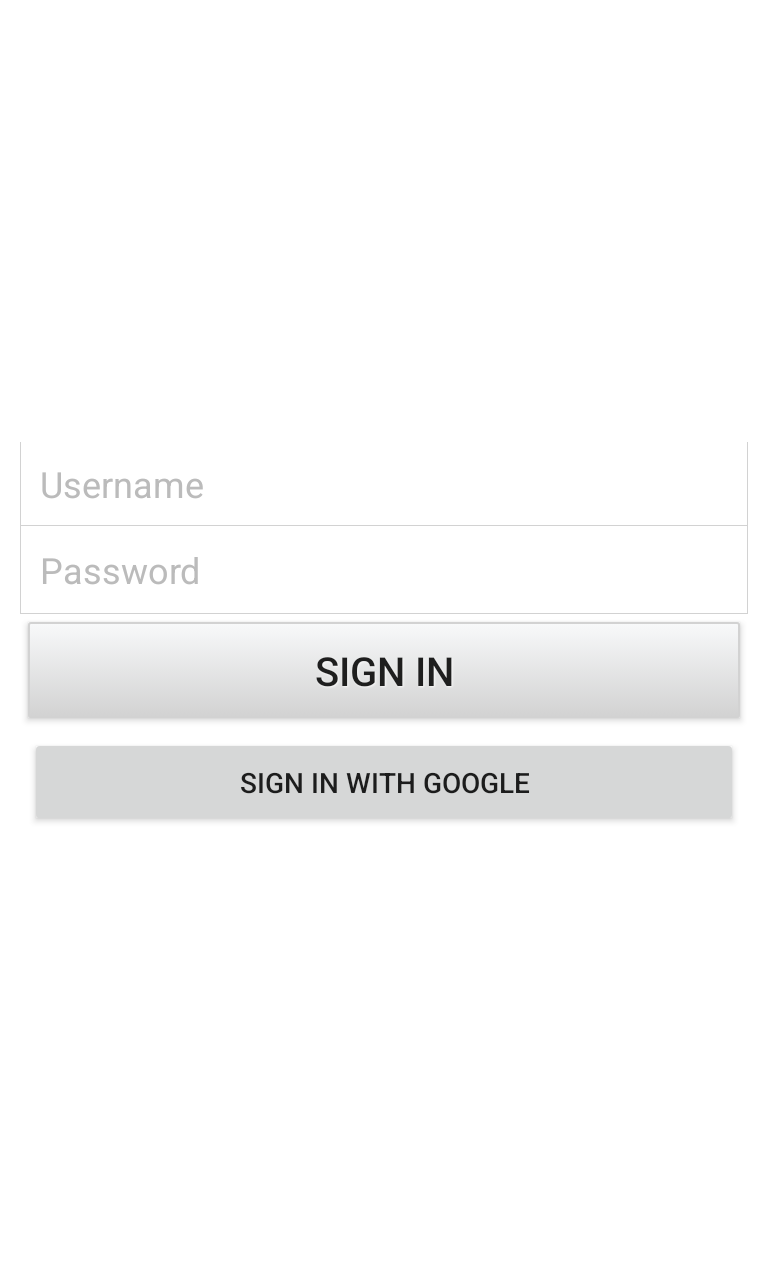
Repository: Jaaga/mooc-tracker
Layout: android/MOOCTracker/res/layout/login_screen.xml
The author's editor kept a copy of each file at every save. The layout is drawn from the files as they stood at one save, then again after the next save.
It is drawn on a 768 x 1280 px phone screen (xhdpi) without system bars, with theme AppTheme; the app's code is not run.

Above is the layout before, as saved 2014-05-22 18:10:43.

### android/MOOCTracker/res/layout/login_screen.xml
<?xml version="1.0" encoding="utf-8"?>
<RelativeLayout xmlns:android="http://schemas.android.com/apk/res/android"
    android:layout_width="match_parent"
    android:layout_height="match_parent"
    android:orientation="vertical"

    android:background="#ffffff"
    >

   <LinearLayout

       android:orientation="vertical"
       android:layout_width="match_parent"
       android:layout_height="wrap_content"
       android:layout_centerInParent="true"
       android:padding="10dp"
       >

          <EditText
             android:id="@+id/etUserName"
             android:layout_width="match_parent"
             android:layout_height="wrap_content"
             android:background="@drawable/edittext_default_bg"
             android:layout_marginTop="-2dp"
             android:padding="10dp"
             android:hint="@string/usernameHint"
             android:textColorHint="#bbbbbb"
            >
            </EditText>
            <!--  android:drawableLeft="@drawable/user"/ -->

          <EditText
             android:id="@+id/etPass"
             android:layout_width="match_parent"
             android:layout_height="wrap_content"
             android:background="@drawable/edittext_bottom_bg"
             android:layout_marginTop="-2dp"
             android:padding="10dp"
             android:hint="@string/passwordHint"
             android:textColorHint="#bbbbbb"
             android:inputType="textPostalAddress"
             >
            </EditText>

          <!--     android:drawableLeft="@drawable/password"/ -->


           <Button
             android:id="@+id/btnSignIn"
             android:layout_width="match_parent"
             android:layout_height="wrap_content"
             android:padding="10dp"
             android:layout_margin="4dp"
             android:text="@string/signInHint"
             style="@style/DefaultButtonText"
             android:background="@drawable/button_default_bg" />

           <Button
             android:id="@+id/btnGplus"
             android:layout_width="match_parent"
             android:layout_height="wrap_content"
             android:padding="10dp"
             android:layout_margin="4dp"
             android:text="@string/googleplus"
           />


   </LinearLayout>



</RelativeLayout>

### android/MOOCTracker/res/drawable-hdpi/edittext_default_bg.xml
<?xml version="1.0" encoding="utf-8"?>
<shape xmlns:android="http://schemas.android.com/apk/res/android"

    android:shape="rectangle" android:padding="10dp">
     <solid android:color="#FFFFFF"/>
     <stroke
        android:width="0.5dp"
        android:color="#d2d2d2" />
</shape>

### android/MOOCTracker/res/values/strings.xml
<?xml version="1.0" encoding="utf-8"?>
<resources>

    <string name="hello">Hello World, AndroidJSONParsingActivity!</string>
    <string name="app_name">Jaaga MOOC-Tracker</string>
    <string name="btRefresh">Refresh</string>
    <string name="loginButton">Login</string>
    <string name="signupButton">Sign Up</string>
    <string name="emailHint">Email</string>
    <string name="usernameHint">Username</string>
    <string name="passwordHint">Password</string>
    <string name="signUpHint">Sign Up</string>
    <string name="signInHint">Sign In</string>
    <string name="action_settings"></string>
    <string name="googleplus">Sign In with Google</string>

    <style name="DefaultButtonText">
       <item name="android:layout_width">fill_parent</item>
        <item name="android:layout_height">wrap_content</item>
        <item name="android:textColor">#1e1e1e</item>
        <item name="android:gravity">center</item>
        <item name="android:layout_margin">3dp</item>
        <item name="android:textStyle">normal</item>
        <item name="android:textSize">20sp</item>
        <item name="android:shadowColor">#f9f9f9</item>
        <item name="android:shadowDx">1</item>
        <item name="android:shadowDy">1</item>
        <item name="android:shadowRadius">1</item>
    </style>

</resources>

### android/MOOCTracker/res/drawable-hdpi/edittext_bottom_bg.xml
<?xml version="1.0" encoding="utf-8"?>
<shape xmlns:android="http://schemas.android.com/apk/res/android"

    android:shape="rectangle" android:padding="10dp">
     <solid android:color="#FFFFFF"/>
     <stroke
        android:width="0.5dp"
        android:color="#d2d2d2" />
</shape>

### android/MOOCTracker/res/drawable-hdpi/button_default_bg.xml
<?xml version="1.0" encoding="utf-8"?>
<selector xmlns:android="http://schemas.android.com/apk/res/android" >

      <item  android:state_pressed="true" >
        <shape>
            <solid
                android:color="#f8f9fa" />
            <stroke
                android:width="1dp"
                android:color="#d2d2d2" />
            <corners
                android:radius="1dp" />

        </shape>
    </item>
    <item>
        <shape>
            <gradient
                android:startColor="#f8f9fa"
                android:endColor="#d2d2d2"
                android:angle="270" />
            <stroke
                android:width="1dp"
                android:color="#d2d2d2" />
            <corners
                android:radius="1dp" />

        </shape>
    </item>

</selector>

Loaded but not shown: android/MOOCTracker/res/values/styles.xml (common file); android/MOOCTracker/res/values-v11/styles.xml (common file); android/MOOCTracker/res/values-v14/styles.xml (common file)

After the next save:
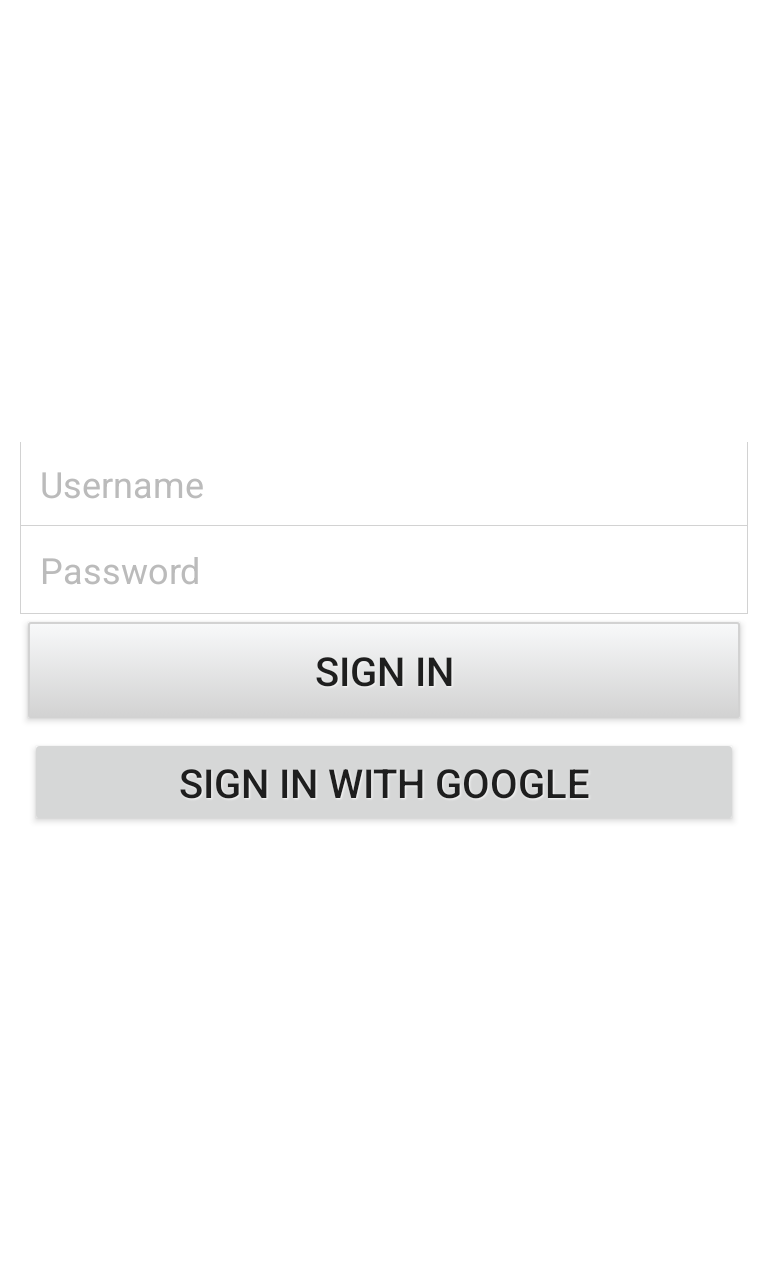
Saved 22 s later.
--- a/android/MOOCTracker/res/layout/login_screen.xml
+++ b/android/MOOCTracker/res/layout/login_screen.xml
@@ -61,6 +61,7 @@
              android:layout_height="wrap_content"
              android:padding="10dp"
              android:layout_margin="4dp"
+             style="@style/DefaultButtonText"
              android:text="@string/googleplus"
            />
 
